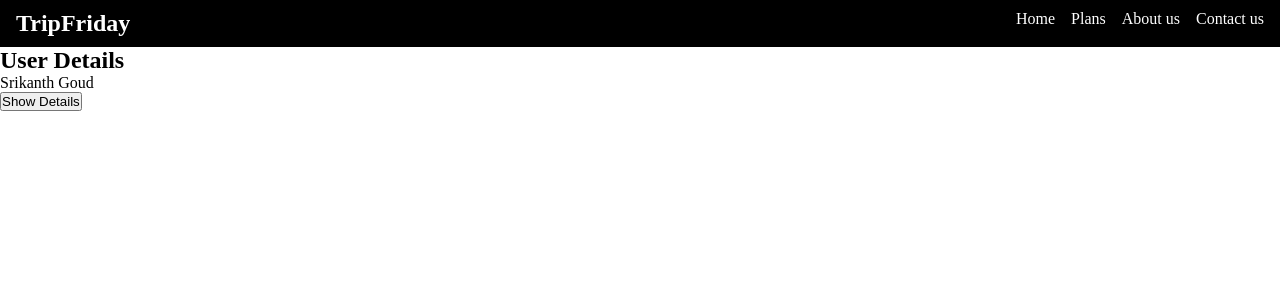
Repository: suraj-yadav7/userprofile
Page: /
The author's editor kept a copy of each file at every save. The page is drawn from the files as they stood at one save, then again after the next save.
The browser window is 1280 px wide. The pictures show the whole page.
The project was rebuilt for these pictures with package versions that can differ from the ones it lists, and the page was loaded fresh each time. Also part of the build but not shown: src/components/UserDetails.jsx.

Above is the page before, as saved 2023-05-03 11:55:37.

### src/App.js
import './App.scss';
import UserProfile from './components/UserProfile';
import UserDetails from './components/UserDetails';
import { BrowserRouter as Router, Routes, Route } from 'react-router-dom';


function App() {
  return (
    <>
    <Router>
      <Routes>
        <Route exact path='/' element={<UserProfile/>} />
        <Route exact path='/userdetails' element={<UserDetails/> } />
      </Routes>
    </Router>
    </>
  );
}

export default App;

### src/App.scss
*{
padding: 0;
margin: 0;
box-sizing: border-box;
}
nav{
    display: flex;
    justify-content:space-between;
    padding: 10px 1rem;
    background-color: black;
    color: white;
    >div>ul{
        display: flex;
        list-style: none;
        gap: 1rem;
    }
}

### src/components/UserProfile.jsx
import React, { useEffect, useState  } from 'react';
import { useNavigate } from 'react-router-dom';
import "../assests/userProfile.scss";

const UserProfile = () => {
    const [show, setShow] = useState(false)
    const navigate = useNavigate()
    const handleNavigate = ()=>{
      navigate("/userdetails")
    }
  return (
    <>
        <nav>
            <h1>TripFriday</h1>
            <div>
                <ul>
                    <li>Home</li>
                    <li>Plans</li>
                    <li>About us</li>
                    <li>Contact us</li>
                </ul>
            </div>
        </nav>
      <div className='userprofile'>
            <h2>User Details</h2>
            <div className='userList'>
                   <p onMouseOver={()=>setShow(true)} onMouseOut={()=>setShow(false)}>Srikanth Goud</p> <button onClick={handleNavigate} >Show Details</button>
            </div>
            {show?
            (<div className='hoverItem'>
                <p>Username: srikanth67</p>
                <p>Email: srikanth@gmail.com</p>
            </div>):null
                }
      </div>
    </>
  )
}

export default UserProfile

### src/assests/userProfile.scss
@import "./color.scss";

nav{
    display: flex;
    justify-content:space-between;
    padding: 10px 1rem;
    background-color: black;
    color: white;
    >div>ul{
        display: flex;
        list-style: none;
        gap: 1rem;
    }
}

### src/assests/color.scss
$primary-color: #0f171e;
$secondary-color: #1a242f;
$font-primary:#ffff;
$font-secondary: #79b8f3;

Loaded but not shown: public/index.html (common file); src/index.js (common file)

After the next save:
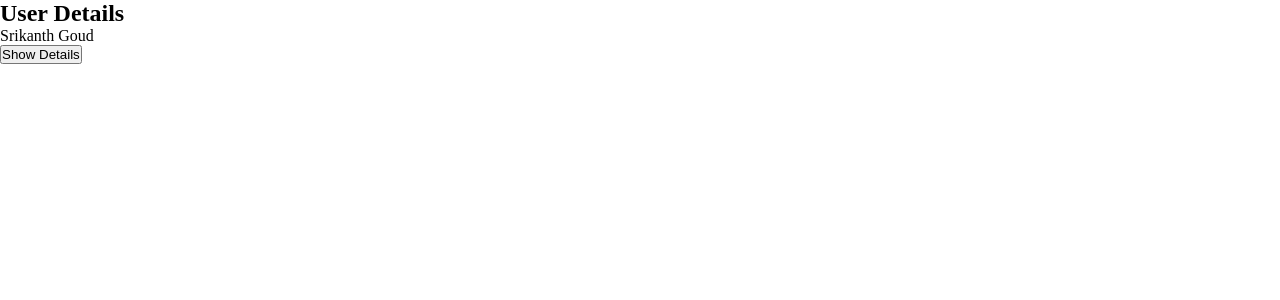
Saved 5 s later.
--- a/src/components/UserProfile.jsx
+++ b/src/components/UserProfile.jsx
@@ -10,17 +10,7 @@ const UserProfile = () => {
     }
   return (
     <>
-        <nav>
-            <h1>TripFriday</h1>
-            <div>
-                <ul>
-                    <li>Home</li>
-                    <li>Plans</li>
-                    <li>About us</li>
-                    <li>Contact us</li>
-                </ul>
-            </div>
-        </nav>
+
       <div className='userprofile'>
             <h2>User Details</h2>
             <div className='userList'>
